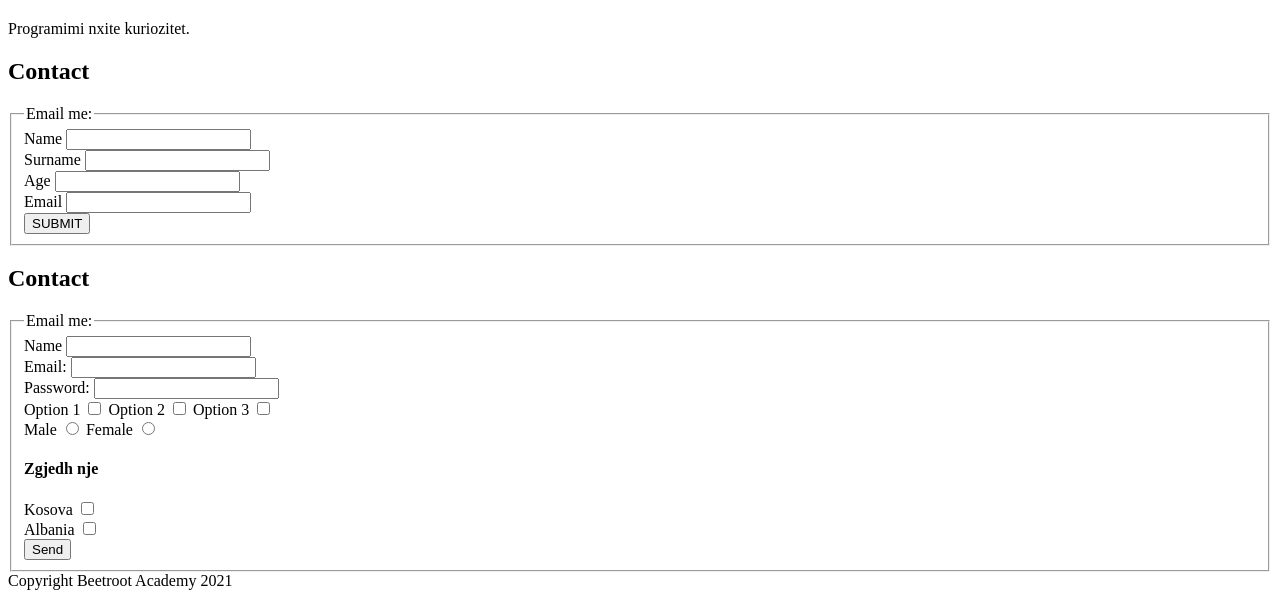
Repository: lendk/beetroot-fe-g1
Page: 02/index.html
These files come from the project's save history. The page is drawn as it stood at one moment and after the next save; the edit follows.
The browser window is 1280 px wide. The pictures show the part of the page from y = 1471 to 2089 px (the page is 2069 px tall before and 2089 px after).

Above is the page before, as saved 2021-01-16 10:57:29.

After the next save:
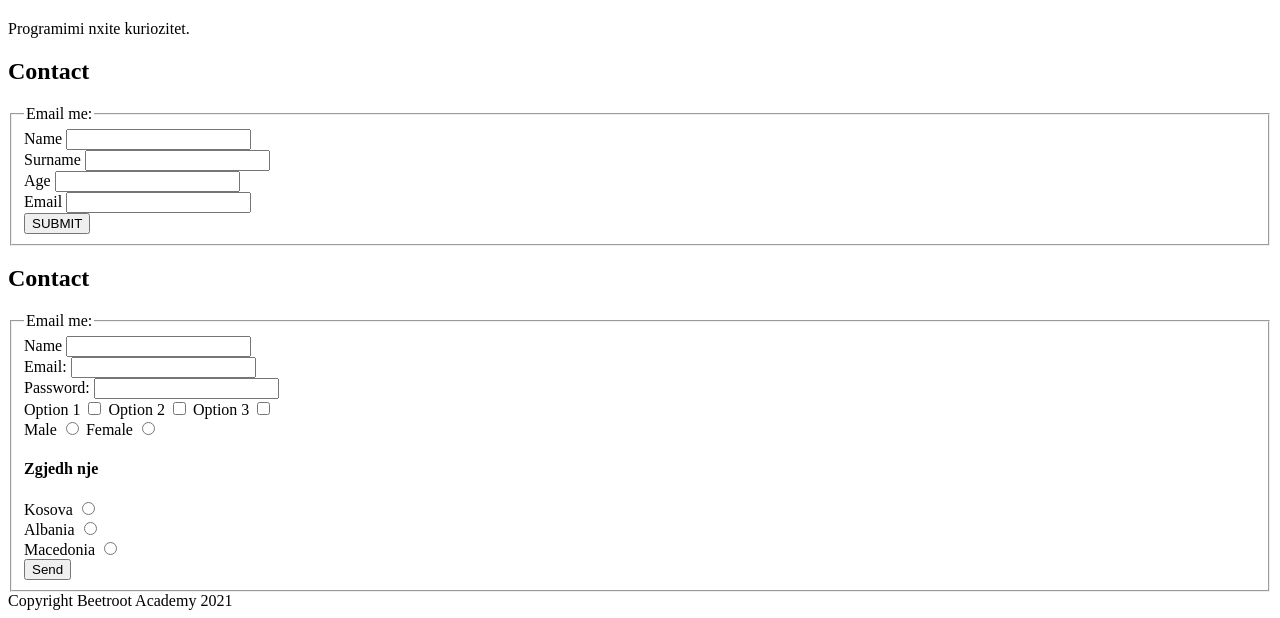
Saved 55 s later.
--- a/02/index.html
+++ b/02/index.html
@@ -105,10 +105,13 @@
 
           <h4>Zgjedh nje</h4>
           <label for="kosova">Kosova</label>
-          <input type="checkbox" id="kosova" name="shteti">
+          <input type="radio" id="kosova" name="shteti">
           <br>
           <label for="albania">Albania</label>
-          <input type="checkbox" id="albania" name="shteti2">
+          <input type="radio" id="albania" name="shteti2">
+          <br>
+          <label for="macedonia">Macedonia</label>
+          <input type="radio" id="macedonia" name="shteti2">
           <br>
           <input type="submit" value="Send">
         </fieldset>
